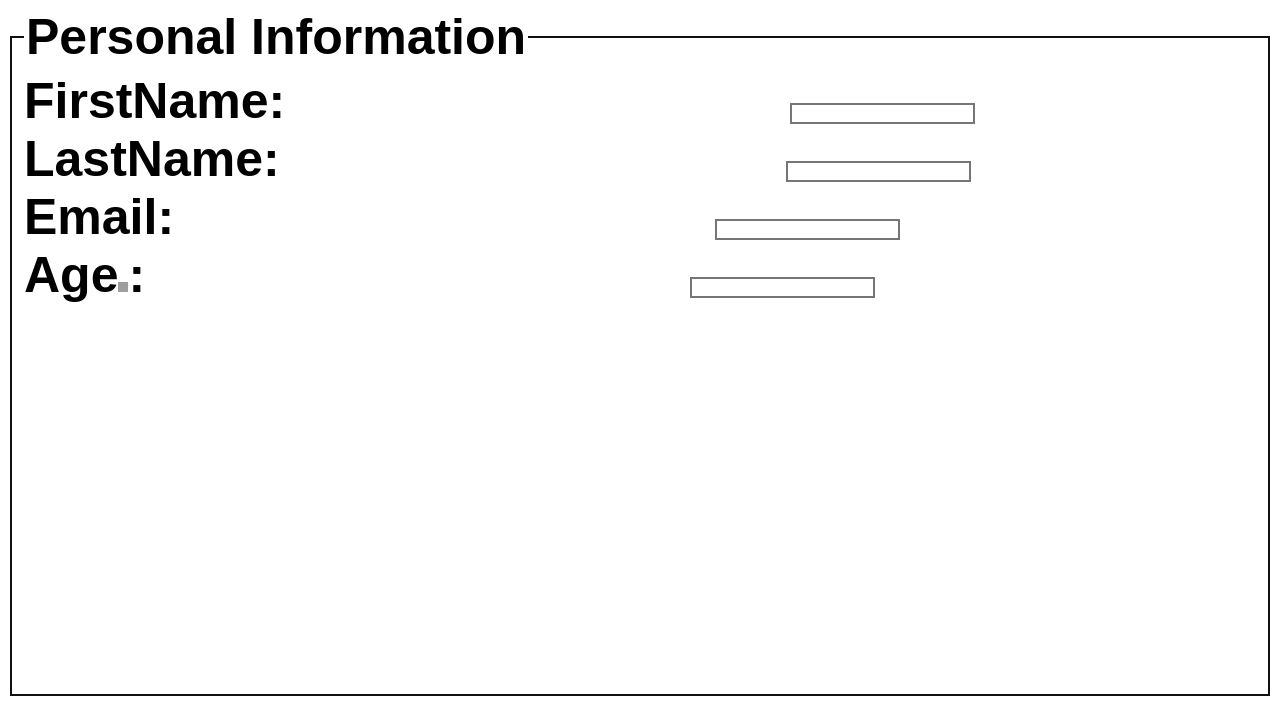
Repository: Femi007-gh/Legend
Page: index.html
An editor plug-in stored every save of this project. The page is shown before and after a run of saves, followed by the edit.
The browser window is 1280 px wide. The pictures show the whole page.
Pictures or frames that could not be fetched are drawn as grey boxes.

Above is the page before, as saved 2025-04-04 11:02:37.

### index.html
<html>
  <head>
    <title>LEGEND</title>
    <link rel="stylesheet" href="style.css">
  </head>
  <body>
    <form>
      <fieldset class="field">
        <legend class="ld">Personal Information</legend>
        <label class="first">FirstName:</label>
        <input type="text" class="FN"><br>

        <label class="last">LastName:</label>
        <input type="text" class="LN"> <br>

        <label class="mail">Email:</label>
        <input type="text" class="email"> <br>

        <label class="yourage">Age<img src="doc.jpg" class="doc">:</label>
        <input type="text" class="age"> <br>
      </fieldset>
    </form>
  </body>
</html>

### style.css
body {
  font-family:Arial, Helvetica, sans-serif;
  font-weight: bold;
}

.ld {
  font-size: 50px;
}

.doc {
  height: 10px;
  width: 10px;
}

.field {
  border: 2px solid #111;
  height: 95%;
}

.FN {
  margin-top: 30px;
  margin-left: 500px;
  border-style: solid;
}

.LN {
  margin-top: 30px;
  margin-left: 502px;
  border-style: solid;
}

.email {
  margin-top: 30px;
  margin-left:536px;
  border-style: solid;
}

.age {
  margin-top: 30px;
  margin-left: 540px;
  border-style: solid;
}

.first, .last, .mail, .yourage {
  font-size: 50px;
}

After the next 2 saves:
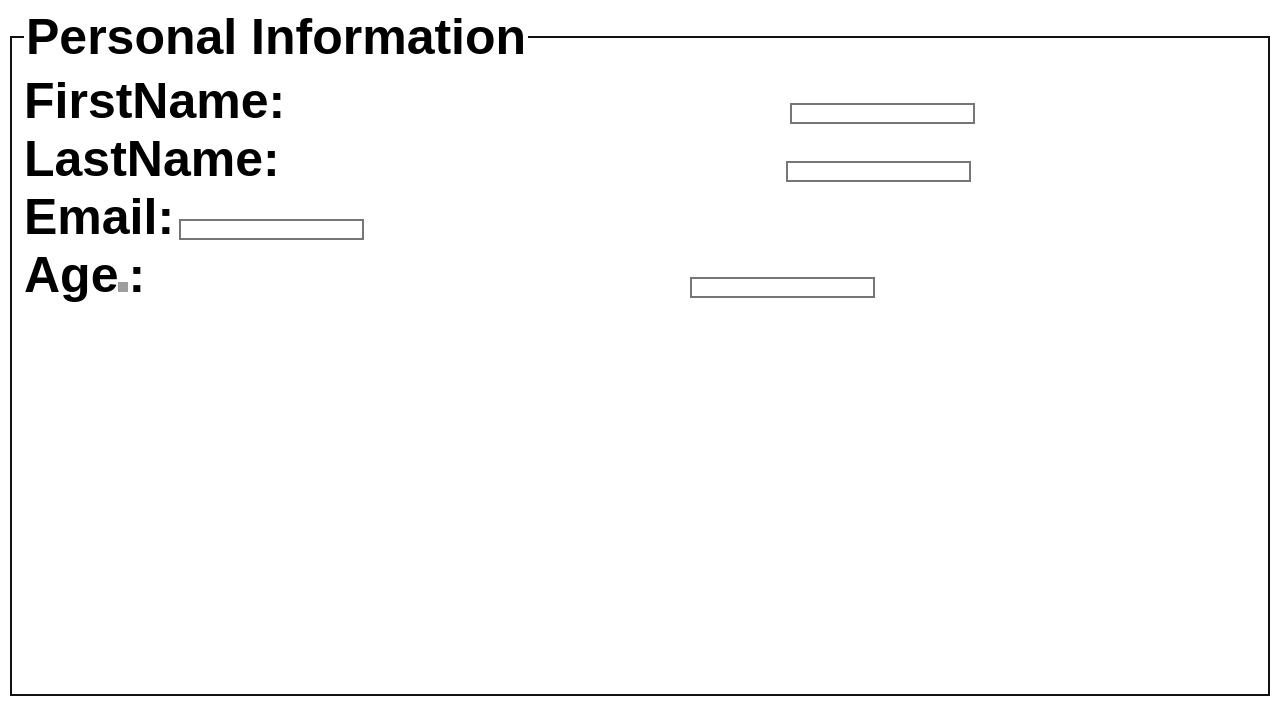
The 2 saves are shown as one change because they came seconds apart.
The last was saved 15 s later.
--- a/style.css
+++ b/style.css
@@ -30,8 +30,6 @@ body {
 }
 
 .email {
-  margin-top: 30px;
-  margin-left:536px;
   border-style: solid;
 }
 
